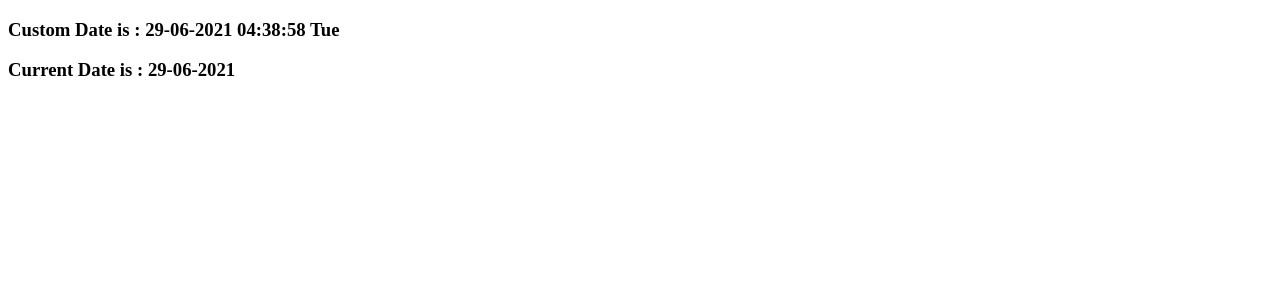
Repository: StarCoder09/JavaWorkspace
Page: http://localhost/CustomTag_demo/test_tags.jsp
An editor plug-in stored every save of this project. The page is shown before and after the next save, followed by the edit.
The browser window is 1280 px wide. The pictures show the whole page.
The page is served by Tomcat 9. Other server files are loaded and not shown.

Above is the page before, as saved 2021-07-01 09:07:21.

### CustomTag_demo/src/main/webapp/test_tags.jsp
<%@ page language="java" contentType="text/html; charset=ISO-8859-1"
    pageEncoding="ISO-8859-1"%>
<%@ taglib prefix="st" uri="WEB-INF/tags.tld" %>
<!DOCTYPE html>
<html>
	<head>
		<meta charset="ISO-8859-1">
		<title>Custom Tags</title>
	</head>
	<body>
		<st:MyDate/>
		<st:CustomDateTag format="dd-MM-yyyy"/>
	</body>
</html>

### CustomTag_demo/src/main/java/com/tags/PrintDateTag.java
package com.tags;

import java.io.IOException;
import java.text.SimpleDateFormat;
import java.util.Date;

import javax.servlet.jsp.JspException;
import javax.servlet.jsp.JspWriter;
import javax.servlet.jsp.tagext.SimpleTagSupport;

public class PrintDateTag extends SimpleTagSupport {
	@Override
	public void doTag() throws JspException, IOException {
		JspWriter out= getJspContext().getOut();
		out.print("<h3>Custom Date is : " +
				new SimpleDateFormat("dd-MM-yyyy hh:mm:ss EEE").format(new Date()) + "</h3>");
	}
}

### CustomTag_demo/src/main/java/com/tags/CustomDate.java
package com.tags;

import java.io.IOException;
import java.text.SimpleDateFormat;
import java.util.Date;

import javax.servlet.jsp.JspException;
import javax.servlet.jsp.JspWriter;
import javax.servlet.jsp.tagext.SimpleTagSupport;

public class CustomDate extends SimpleTagSupport{

	private String format;

	@Override
	public void doTag() throws JspException, IOException {
		JspWriter out= getJspContext().getOut();
		out.print("<h3>Current Date is : " +
				new SimpleDateFormat(format).format(new Date()) + "</h3>");
	}

	public void setFormat(String format) {
		this.format = format;
	}
}

After the next save:
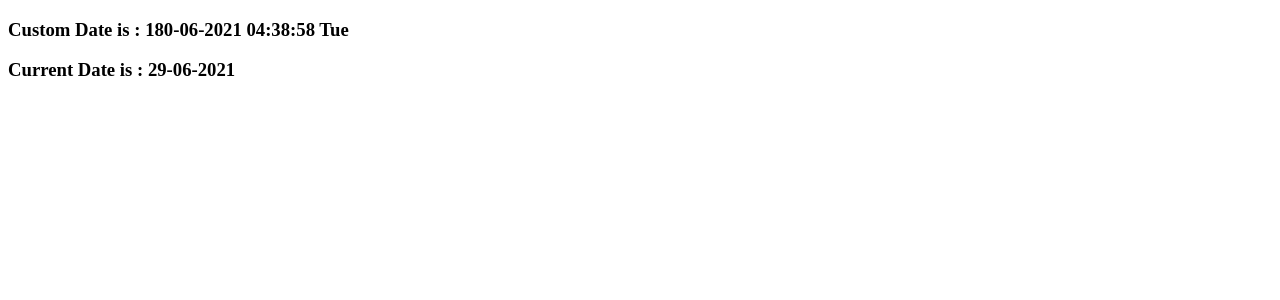
Saved 3 min 42 s later.
--- a/CustomTag_demo/src/main/java/com/tags/PrintDateTag.java
+++ b/CustomTag_demo/src/main/java/com/tags/PrintDateTag.java
@@ -13,6 +13,6 @@ public class PrintDateTag extends SimpleTagSupport {
 	public void doTag() throws JspException, IOException {
 		JspWriter out= getJspContext().getOut();
 		out.print("<h3>Custom Date is : " +
-				new SimpleDateFormat("dd-MM-yyyy hh:mm:ss EEE").format(new Date()) + "</h3>");
+				new SimpleDateFormat("DD-MM-YYYY hh:mm:ss EEE").format(new Date()) + "</h3>");
 	}
 }
